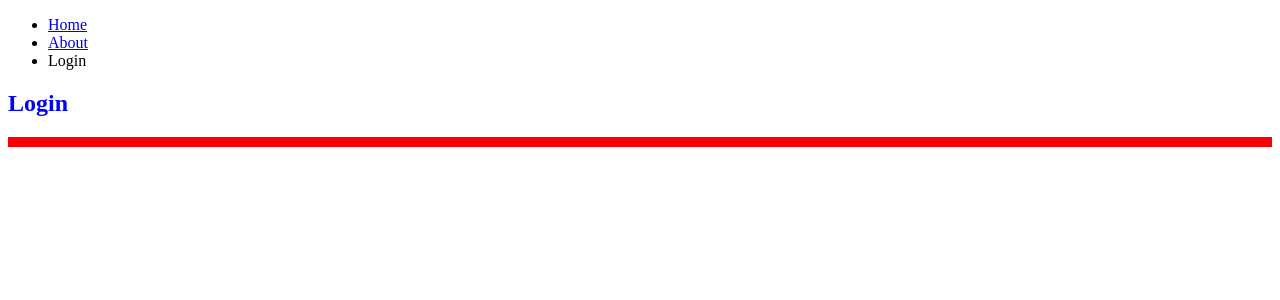
Repository: rileymeye1/ZTM
Page: project_files/login.html
These files come from the project's save history. The page is drawn as it stood at one moment and after the next save; the edit follows.
The browser window is 1280 px wide. The pictures show the whole page.

Above is the page before, as saved 2024-08-19 17:29:00.

### project_files/login.html

<!DOCTYPE html>
<html>
<head>
  <title>My first website!</title>
  <link rel="stylesheet" type="text/css" href="style2.css">
</head>
<body>
  <header>
    <nav>
      <ul>
        <li><a href="index.html">Home</a></li>
        <li><a href="about.html">About</a></li>
        <li>Login</li>
      </ul>
    </nav>
  </header>
  <section>
    <h2>Login</h2>
    <div class="boxmodel">

    </div>
  </section>
</body>
</html>

### project_files/style2.css
h2 {
  color: blue;
}

.boxmodel {
  border: 5px solid red;
}

After the next save:
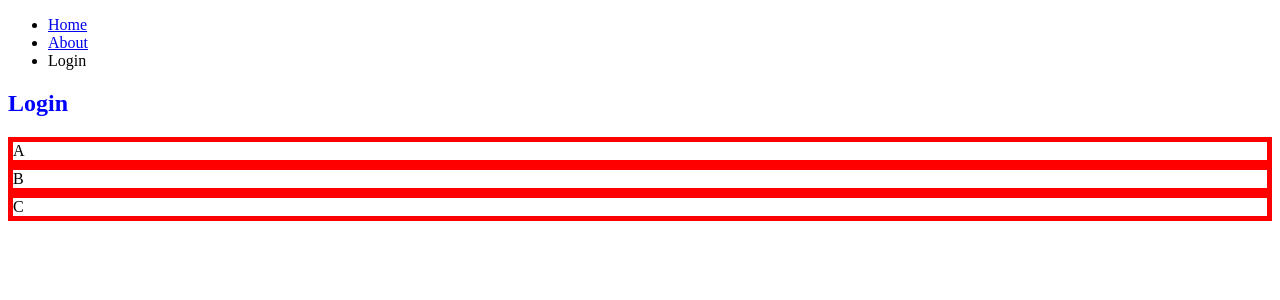
Saved 61 s later.
--- a/project_files/login.html
+++ b/project_files/login.html
@@ -18,7 +18,13 @@
   <section>
     <h2>Login</h2>
     <div class="boxmodel">
-
+      A
+    </div>
+    <div class="boxmodel">
+      B
+    </div>
+    <div class="boxmodel">
+      C
     </div>
   </section>
 </body>
